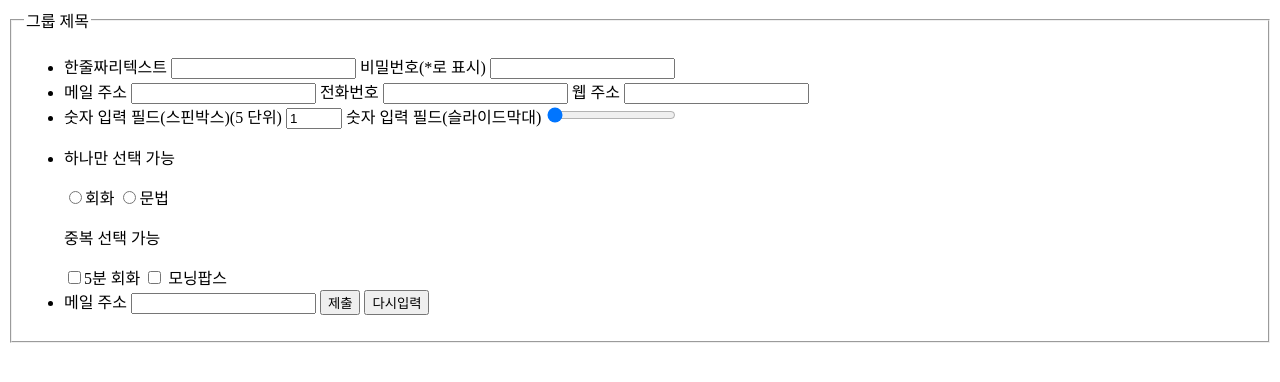
Repository: yeonddu/green_css
Page: web/pro01/songyeonsu/input1.html
An editor plug-in stored every save of this project. The page is shown before and after the next save, followed by the edit.
The browser window is 1280 px wide. The pictures show the whole page.

Above is the page before, as saved 2022-12-13 07:01:32.

### web/pro01/songyeonsu/input1.html
<!DOCTYPE html>
<html lang="ko">
<head>
<meta charset="utf-8">
<title>Insert title here</title>
</head>
<body>
<form>
<fieldset>
	<legend>그룹 제목</legend>
	<ul>
		<li>
			<label for="user_id">한줄짜리텍스트</label>
			<input type="text" id="user_id">
			<label for="user_pw">비밀번호(*로 표시)</label>
			<input type="password" id="user_pw">
		</li>
		<li>
			<label for="mail">메일 주소</label>
			<input type="email" id="mail">
			<label for="phone">전화번호</label>
			<input type="tel" id="phone">
			<label for="homep">웹 주소</label>
			<input type="url" id="homep">
		</li>
		<li>
			<label class="reg" for="stuffs">숫자 입력 필드(스핀박스)(5 단위)</label>
			<input type="number" id="stuffs" value="1" min="0" max="50" step="5">
			<label class="reg" for="satis">숫자 입력 필드(슬라이드막대)</label>
			<input type="range" id="satis" value="1" min="1" max="3">
		</li>
		<li>
			<p> 하나만 선택 가능</p>
			<label><input type="radio" name="subject" value="speaking">회화</label>
			<label><input type="radio" name="subject" value="grammer">문법</label>

			<p> 중복 선택 가능</p>
			<label><input type="checkbox" name="mailing" value="dialog">5분 회화</label>
			<label><input type="checkbox" name="mailing" value="pops"> 모닝팝스</label>
		</li>
		<li>
			<label> 메일 주소 <input type="text"></label>
			<input type="submit" value="제출">
			<input type="reset" value="다시입력">
		</li>
	</ul>
</fieldset>
</form>

</body>
</html>

After the next save:
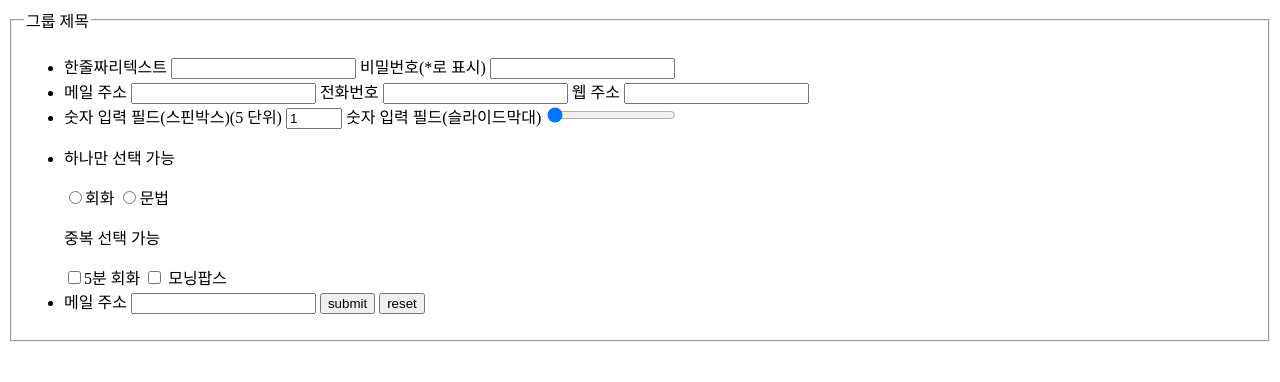
Saved 3 min 49 s later.
--- a/web/pro01/songyeonsu/input1.html
+++ b/web/pro01/songyeonsu/input1.html
@@ -39,9 +39,9 @@
 			<label><input type="checkbox" name="mailing" value="pops"> 모닝팝스</label>
 		</li>
 		<li>
-			<label> 메일 주소 <input type="text"></label>
-			<input type="submit" value="제출">
-			<input type="reset" value="다시입력">
+			<label> 메일 주소 <input type="search"></label>
+			<input type="submit" value="submit">
+			<input type="reset" value="reset">
 		</li>
 	</ul>
 </fieldset>
